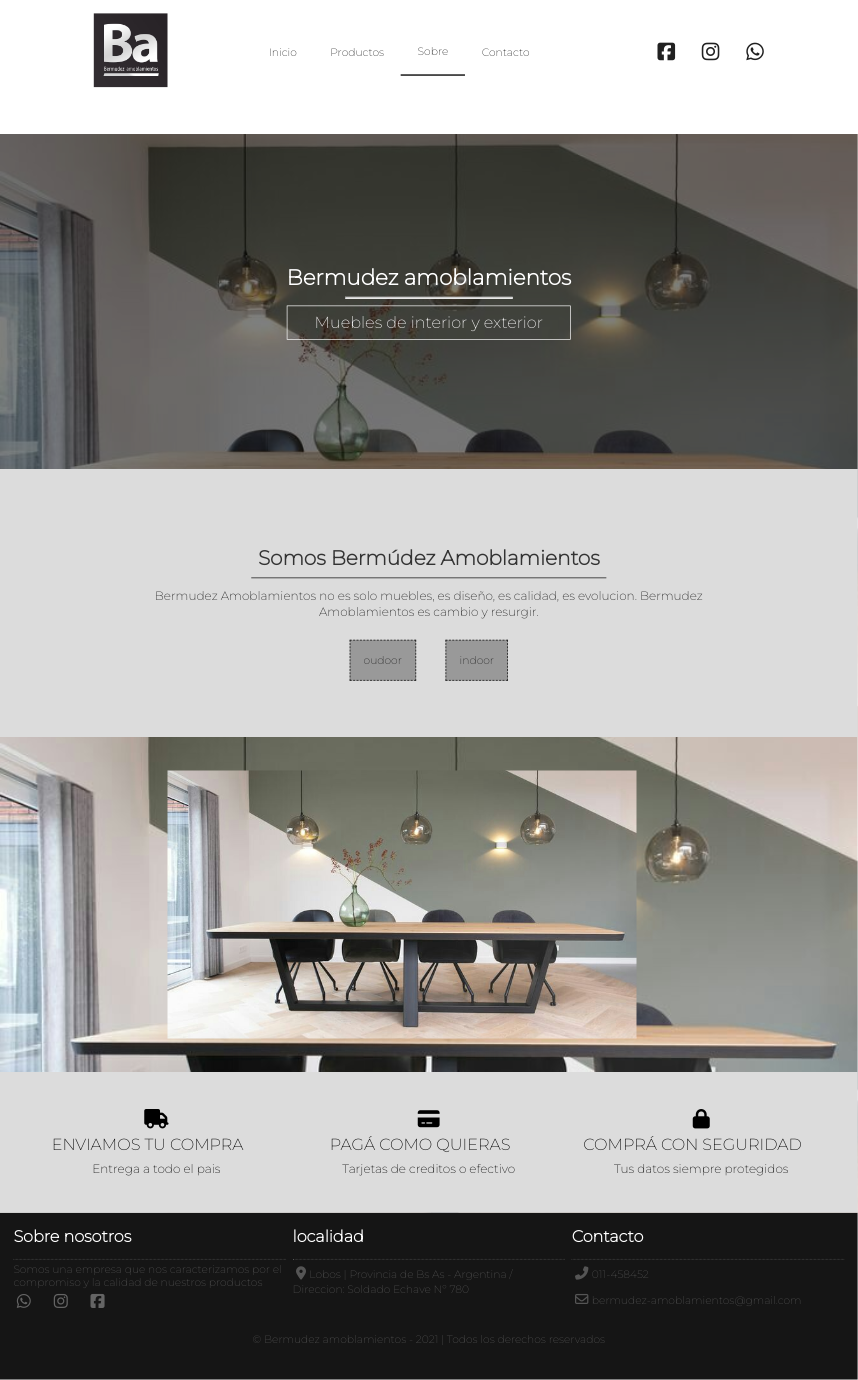
Repository: DamianBermudez94/Bermudez-amoblamientos
Page: index.html
An editor plug-in stored every save of this project. The page is shown before and after the next save, followed by the edit.
The browser window is 1280 px wide. The pictures show the whole page, at 67% of full size.
Backgrounds fixed to the window are drawn as part of the page. Some web libraries are served in a nearby version.

Above is the page before, as saved 2022-09-22 18:55:20.

### index.html
<!DOCTYPE html>
<html lang="es">
<head>
    <meta charset="UTF-8">
    <meta http-equiv="X-UA-Compatible" content="IE=edge">
    <meta name="viewport" content="width=device-width, initial-scale=1.0">

    <title>Bermudez-Amoblamientos</title>
    <link rel="shortcut icon" href="Imagenes/favicon (1).jpg" type="image/x-icon">
    <!--Estilos-->
    <link rel="preconnect" href="https://fonts.googleapis.com">
    <link rel="preconnect" href="https://fonts.gstatic.com" crossorigin>
    <link href="https://fonts.googleapis.com/css2?family=Montserrat:wght@200&display=swap" rel="stylesheet">
    <script src="https://kit.fontawesome.com/bdbed0aafa.js" crossorigin="anonymous"></script>
    <link rel="preconnect" href="https://fonts.gstatic.com">
    <link href="https://fonts.googleapis.com/css2?family=Roboto:ital,wght@0,300;0,400;1,100;1,300;1,700&display=swap" rel="stylesheet">
    <!--Componente del header-->
    <script defer src="./header/header.js"></script>
    <link rel="stylesheet" href="./header/header.css">

    <!--Componente del footer-->
    <script defer src="./footer/footer.js"></script>
    <link rel="stylesheet" href="./footer/footer.css">

    <script defer src="slider.js"></script>
    <!--Estilos del index-->
    <link rel="stylesheet" href="index.css">
    <script defer src="index.js"></script>

</head>
<body>
    <!--Ir arriba-->
    <div class="go-top">
        <span><i class="fas fa-chevron-up"></i> <a href="https://www.whatsapp.com"><i class="fab fa-whatsapp"></i></a></span>
    </div>
    <header class="header">

    </header>
    <main class="main" >
        <section class="welcome">
            <div class="welcome__container">
                <h1 class="welcome__title">Bermudez amoblamientos</h1>
                <hr class="linea-title">
                <p class="welcome__sub-title">Muebles de interior y exterior</p>

            </div>
        </section>


        <section class="sobre-nosotros">
            <div class="container-tip">
                <h2 class="title-somos-nosotros">Somos Bermúdez Amoblamientos</h2>

                <p class="title-parrafo">Bermudez Amoblamientos no es solo muebles, es diseño, es calidad, es evolucion. Bermudez Amoblamientos es cambio y resurgir.</p>
                <div class="enlaces">
                    <a class="btn-enlaces" href="oudoor.html">oudoor</a>
                    <a class="btn-enlaces" href="indoor.html">indoor</a>
                </div>
            </div>
        </section>
        <!--Seccion Productos-->

            <section class="section-slider">
                <div class="flexslider">
                    <div class="slider" id="slider">
                        <div class="slider-section">
                            <img class="slider-img" src="./indoor/img-indoor/imagenes-indoor/IMG-20210325-WA0018.jpg" alt="">
                            <!--<section class="flex-slider">
                              <h2 class="slider-title">Productos al 50%</h2>
                              <p class="slider-txt">Ofertas</p>
                              <a href="" class="slider__link">Comprar</a>
                            </section>-->
                        </div>
                        <div class="slider-section">
                            <img class="slider-img" src="./indoor/img-indoor/imagenes-indoor/IMG-20210325-WA0019.jpg" alt="">
                            <!--<section class="flex-slider">
                              <h2 class="slider-title">Productos al 50%</h2>
                              <p class="slider-txt">Ofertas</p>
                              <a href="" class="slider__link">Comprar</a>
                            </section>-->

                        </div>
                        <div class="slider-section" >
                            <img class="slider-img" src="./indoor/img-indoor/imagenes-indoor/IMG-20210325-WA0028.jpg" alt="">
                            <!--<section class="flex-slider">
                              <h2 class="slider-title">Productos al 50%</h2>
                              <p class="slider-txt">Ofertas</p>
                              <a href="" class="slider__link">Comprar</a>
                            </section>-->

                        </div>
                    </div>
                    <!--<span class="btn-slider slider_btn-right" id="btn-right"><i class="fas fa-chevron-right"></i></i></span>
                    <span class="btn-slider slider_btn-left" id="btn-left"><i class="fas fa-chevron-left"></i></span>-->
                </div>
            </section>
                <!--<div class="container-editor">
                    <div class="editor__item">
                        <img src="Imagenes/IMG-20210325-WA0014.jpg" alt="" class="editor-img">
                        <p class="editor-circle">Muebles de interior</p>
                    </div>
                    <div class="editor__item">
                        <img  src="Imagenes/IMG-20210325-WA0026.jpg" alt="" class="editor-img">
                        <p class="editor-circle">Muebles de exterior</p>
                    </div>
                </div>-->
            <!--Seccion tips de compras -->
            <section class="container-tips">
                <div class="tip">
                    <i class="tip-icon fas fa-truck"></i>
                    <h2 class="tip-title">ENVIAMOS TU COMPRA</h2>
                    <p class="parrafo-tips">Entrega a todo el pais</p>

                   <!-- <a href="" class="btn-tip">Comprar</a>
                  <a href="" class="btn-tip">comprar</a>
                  <a href=""class="btn-tip">Comprar</a>-->
                </div>
                <div class="tip">
                    <i class="fas fa-credit-card"></i>
                    <h2 class="tip-title">PAGÁ COMO QUIERAS</h2>
                    <p class="parrafo-tips">Tarjetas de creditos o efectivo</p>

                </div>
                <div class="tip">
                    <i class="fas fa-lock"></i>
                    <h2 class="tip-title">COMPRÁ CON SEGURIDAD</h2>
                  <p class="parrafo-tips">Tus datos siempre protegidos</p>
                </div>

            </section>

    </main>
    <!--Footer-->

    <footer class="footer">

    </footer>
</body>
</html>

### header/header.css
/** Estilos del header **/

.header {
 background-color: #fff;

}

.main-header .container {
  position: fixed;
  top: 0;
  left: 0;
  width: 100%;
  height: 30%;
  display: flex;
  align-items: center;
  justify-content: space-between;
  background: #fff;
  z-index: 9999999999;
  padding: 50px;
}

.main-header__container {
  width: 100%;
  display: flex;
  justify-content:space-between;
  padding: 50px;
}
.redes-sociales {
  color: #212121;
  font-size: 50px;
  margin: 5px;
}

.redes-sociales:hover {
  color: #154f66;
}

.main-header__container-redes {
  display: none;

}

.title-img {
  object-fit: cover;
  width: 100%;
  height: 100px;

}
.img_title {
  position: relative;
  top: 0;
  left: 10px;
}

/** Estilos del Menu **/
.main-nav {
  opacity: 0;
  visibility: hidden;
  transition: all 0.5s;
  z-index: 9999999;
}
.mostrar {
  opacity: 1;
  visibility: visible;
}

.menu {
  position: absolute;
  top: 120px;
  left: 0;
  background: #212121;
  width: 100%;
  list-style: none;
  margin: 0;
  padding: 0;
}
.menu__items {
  margin: auto;
}

.menu-link {
  padding: 25px;
  border-bottom: 1px solid #646464;
  color: #fff;
  text-decoration: none;
  display: block;
}
.menu-link:hover {
  background: #000;
  color: #fff;
}

.sub-menu {
  display: none;
}

.sub-link {
  padding-left: 45px;
  border-bottom: 1px solid #646464;
  text-decoration: none;
  color: #fff;
  display: block;
  font-weight: 300;
  font-size: 16px;
}
.sub-link:hover {
  background: #000;
  color: #fff;
  width: 100%;
}
.sub-items .sub-link {
  list-style: none;
  margin: 0 10px;
  padding: 25px 0;
  padding-left: 48px;
}

.main-header__btn {
  border: 1px solid #000;
  display: block;
  padding: 10px 30px;
  color: #000;
  margin: 10px 0;
  text-decoration: none;
}
.btn-menu{
  position: relative;
  top: 35px;
  left: 95px;
  cursor: pointer;
  transition: all 0.5s ease-in-out ;
}
.menu-btn_burger{
  width: 30px;
  height: 3px;
  position: relative;
  top: 20px;
  left: 20px;
  border-radius: 5px;
  background-color: #000;
  transition: all 0.5s ease-in-out;
}
.menu-btn_burger::before,
.menu-btn_burger::after{
 content: "";
 position: absolute;
 top:0;
 left: 0;
 width: 30px;
 height: 3px;
 background-color: #000;
 border-radius: 5px;
 transition: all 0.5s ease-in-out;
}
.menu-btn_burger::before{
  transform: translateY(-16px);
}
.menu-btn_burger::after{
  transform: translateY(16px);
}
.btn-menu.open .menu-btn_burger {
  transform: translateX(-50px);
  background-color: transparent;
}
.btn-menu.open .menu-btn_burger::before {
  transform: rotate(45deg) translate(35px, -35px);
}
.btn-menu.open .menu-btn_burger::after {
  transform: rotate(-45deg) translate(35px, 35px);
}
@media (min-width: 760px) {
  .header {
    height: 200px;
    justify-content: space-between;

  }

  .main-header__container{
    padding: 50px;

  }
  .main-header__container-redes{
    display: flex;
    justify-content: space-between;
    align-items: center;

  }
  .redes-sociales {
    color: #212121;
    font-size: 25px;
    margin: 10px;
    position: relative;
    top: 0;
    left: 0;
    display: block;
  }
  .menu {
    top: 180px;
  }
  .title-somos-nosotros {
    font-size: 28px;
    text-align: center;
    padding: 10px;
  }
}


@media (min-width: 960px) {

  .main-header__container {
    display: flex;
    align-items: center;
    justify-content: space-evenly;
    padding: 0 120px 0;


  }

  .main-nav {
    visibility: visible;
    opacity: 1;
    width: 100%;
    right: 25px;
    margin: 0;
    padding: 15px;
  }
  .main-header-link {
    color: #333;
    border-bottom: none;
  }
  .main-header__container .main-nav .menu li a.active {
    border-bottom: 2px solid #000;
  }

  .menu {
    position: static;
    width: 100%;
    display: flex;
    align-items: center;
    justify-content: center;
    background: none;
  }

  .menu__items {
    padding: 0;
    margin: 0;
    display: flex;
  }
  .menu-link {
    color: #212121;
    border-bottom: none;
  }
  .menu-link:hover {
    color: #f7f7f7;
  }

  .main-nav .menu .sub-menu {
    display: none;
    transition: all 0.5s;
  }
  .main-nav .menu .menu__items {
    display: flex;
    justify-content: space-between;
    align-items: center;
  }

  .menu .menu__items:hover .sub-menu {
    display: block;
    position: absolute;
    top: 120px;
    left: 485px;
    width: 300px;
  }

  .sub-link {
    position: relative;
    top: 15px;
    left: 15px;
    width: 300px;
    text-decoration: none;
    color: #151515;
    background: #f7f7f7;
    font-size: 16px;
    transition: all 0.5s;
  }
  .sub-link:hover {
    max-width: 300px;
    color: #fff;
    background: #151515;
  }
  .sub-items {
    list-style: none;
  }

  .title-img {
    object-fit: cover;
    font-size: 24px;
    width: 150px;
    height: 150px;
    padding: 20px;
    margin: 0;
  }
  .img_title {
    position: initial;
  }

  .main-header__container-redes {
    padding: 20px;
  }
  .redes-sociales {
    position: relative;
    top: 0;
    left: 20px;
    margin: 15px;
    padding: 5px;
    font-size: 30px;
    display: block;
  }
  .btn-menu {
    display: none;
  }
}

### footer/footer.css
/** Estilos Del footer **/

.footer {

  padding: 20px;
  background: #151515;
  color: #fff;
}
.redes-footer {
  padding: 15px;
  position: relative;
  top: 0;
  left: -10px;
  font-size: 1.5em;
  color: #646464;
  margin: 0;
  transition: all 0.5s;
}
.redes-footer:hover {
  color: #fff;
}
.footer-txt {
  color: #555;
  padding: 5px 0;
}
.footer-link {
  color: #555;
  text-decoration: none;
  display: block;
  padding: 10px 0;
}

.title-footer {
  border-bottom: 1px dotted #555;
  padding-bottom: 20px;
}
.redes {
  font-size: 20px;
  margin: 5px;
}
.container-copy{
  text-align: center;
  padding: 10px;
}
.copy {
  color: #555;
  margin: 10px 0;
  padding: 10px;
}
@media screen and (min-width:720px) {
  .container-footer {

    display: grid;
    grid-template-columns: repeat(3, 1fr);
    gap: 10px;

  }

}

### index.css
* {
  padding: 0;
  margin: 0;
  box-sizing: border-box;
  font-family: 'Montserrat', sans-serif;
}

/** Go top **/
.go-top {
  position: fixed;
  bottom: 0px;
  right: -100%;
  width: 50px;
  height: 50px;

  background: #fff;
  z-index: 9999;
  display: flex;
  justify-content: center;
  align-items: center;
  cursor: pointer;
  transition: 500ms;
}
.go-top:hover {
  border: 2px solid #fff;
  border-radius: 50%;
  background: rgb(71, 71, 71);
}
.go-top:hover span {
  color: #fff;
}
.go-top > span {
  font-size: 25px;
  color: #000;
}
main{
  background: url("./indoor/img-indoor/imagenes-indoor/IMG-20210325-WA0018.jpg");
  background-attachment: fixed;
  background-position:center;
  background-size:cover;
}

/** Diseño del Welcome**/

.welcome {
  width: 100%;
  height: 500px;
  background-color: rgba(0, 0, 0, 0.5);
  display: flex;
  align-items: center;
  justify-content: center;
  flex-direction: column;
}

.welcome__title {
  font-size: 32px;
  color: #fff;
  font-weight: 700;
  text-align: center;
  margin: 10px;
}

.welcome hr {
  width: 250px;
  margin: auto;
  height: 3px;
  background: #fff;
}
.welcome__sub-title {
  font-size: 24px;
  margin: 10px;
  color: #fff;
  border: 1px solid #fff;
  padding: 10px;

  text-align: center;
}

/** Fin del style**/

/********* Seccion sobre nosotros ****/
.sobre-nosotros{
  width: 100%;
  height: 400px;
}
.container-tip {
  display: flex;
  justify-content: center;
  align-items: center;
  flex-direction: column;
  height: 100%;
  margin: 0;
  padding:10px;
  background-color: #dcdcdc;
}
.title-somos-nosotros {

  font-size: 24px;
  font-weight: bold;
  text-align: center;
  color: #333;
  border-bottom: 1px solid #000;
}

.title-parrafo {
 width: 70%;
  text-align: center;
  font-weight: 400;
  font-size: 18px;
  margin-top: 15px;
  line-height: 24px;
  color: #151515;
}
.enlaces {
  margin-top: 50px;
}
.btn-enlaces {
  width: 100%;
  padding: 20px;
  margin:20px;
  text-decoration: none;
  border: 1px dashed #000;
  transition: all 0.5s;
  cursor: pointer;
  color: #212121;
  background: #999999;
}
.btn-enlaces:hover {
  background: #212121;
  color: #fff;
}


/*****Diseño del slider****/

.flexslider {
  width: 100%;
  height: 500px;
  position: relative;
  overflow: hidden;

}
.slider {
  display: flex;
  width: 300%;
  height: 300px;
  margin-left: -100%;
  position: relative;
}


.slider-section {
  position: relative;
  top: 50px;
  width: 100%;
  display: flex;
  justify-content: center;
  align-items: center;

}

.slider-img {
  position: absolute;
  top: 0;
  width: 300px;
  height: 400px;
  object-fit: cover;

}



/** Seccion tips informaticos **/

.container-tips {
  height: 500px;
  padding: 30px;
  text-align: center;
  background-color: #dcdcdc;
}
.tip-title {
  font-size: 16px;
  font-weight: 300;
}

.tip i {
  font-size: 24px;
  padding: 20px 0;
}
.parrafo-tips {
  font-size: 14px;
  text-align: center;
  font-weight: 300;
  margin-top: 8px;
}

/** Estilo responsive para tablet **/

@media screen and (min-width: 768px) {

  .slider-img {
    width: 600px;
    height: 400px;
    object-fit: cover;

  }
  .container-tips {
    display: grid;
    grid-template-columns: repeat(3, 1fr);
  }
  .tip-icon {
    font-size: 29px;
  }
  .tip-title {
    font-size: 24px;
    font-weight: 700;
  }
  .parrafo-tips {
    font-size: 18px;
  }
  .title-somos-nosotros{
    font-size: 30px;
  }
}

@media (min-width: 1024px) {
  /**header **/
  .header-img {
    display: flex;
    justify-content: center;
    align-items: center;
    margin: 0 auto;
  }
  .header-img .welcome h1 {
    font-size: 50px;
    color: #fff;
    font-weight: 700;

    margin-bottom: 35px;
  }
  .header-img .welcome .linea-title {
    width: 400px;
    height: 5px;
    background: #fff;
    border: none;
    margin-top: -15px;
    text-align: center;
  }
  .header-img .welcome p {
    width: 500px;
    font-size: 30px;
    font-weight: 200;
    color: #fff;
    border: 3px solid #fff;
    padding: 10px;
    margin-top: 30px;
  }

  /** Fin del header **/


  /**** Seccion slider ****/

  .slider-img {
    width: 600px;
    height: 400px;


  }



  /***** Seccion Tips **/
  .container-tips {
    width: 100%;
    height: 100%;
    position: relative;
  }

  .tip-title {
    padding-right: 26px;
    font-weight: 400;
  }
  .tip {
    padding: auto;
    margin: 15px auto;
  }
  .tip i {
    font-size: 29px;
    text-align: center;
    padding: 10px 10px;
  }
  .parrafo-tips {
    font-size: 18px;
    margin: 10px auto;
  }
}
@media screen and (min-width: 1280px) {
  .main-header {
    position: relative;
    width: 100%;
  }
  .main-header .container {
    position: absolute;
    top: 0;
    left: 0;
    width: 100%;
    height: 30%;
    background: #fff;
    display: flex;
    justify-content: space-between;
    align-items: center;
    z-index: 9999999999;
  }
  .container {
    width: 1000px;
    margin: auto;
  }
  .main-header__container:nth-child(3) {
    padding-left: 50px;
  }


  .slider-img {
    width: 700px;
    height: 400px;

  }
}
@media screen and (min-width: 1600px) {
  .main-header {
    position: relative;
    width: 100%;
  }
  .main-header .container {
    position: fixed;
    top: 0;
    left: 0;
    width: 100%;
    height: 30%;
    background: #fff;
    display: flex;
    justify-content: space-between;
    align-items: center;
    z-index: 9999;
  }
  .container {
    width: 1400px;
    margin: auto;
  }
  .main-header__container:nth-child(3) {
    padding-left: 100px;
  }
}

### slider.js
// Animacion slider

const slider = document.querySelector("#slider");
let sliderSection = document.querySelectorAll(".slider-section");
let sliderSectionLast = sliderSection[sliderSection.length - 1];

slider.insertAdjacentElement("afterbegin", sliderSectionLast);

function nextRight() {
  let sliderSectionFirts = document.querySelectorAll(".slider-section")[0];

  slider.style.marginLeft = "-200%";
  slider.style.transition = "0.8s ease-in-out";

  setTimeout(function () {
    slider.style.transition = "none";
    slider.insertAdjacentElement("beforeend", sliderSectionFirts);
    slider.style.marginLeft = "-100%";
  }, 1200);
}
function Prev() {
  let sliderSection = document.querySelectorAll(".slider-section");
  let sliderSectionLast = sliderSection[sliderSection.length - 1];
  slider.style.marginLeft = "0";

  setTimeout(function () {
    slider.style.transition = "none";
    slider.insertAdjacentElement("afterbegin", sliderSectionLast);
    slider.style.marginLeft = "-100%";
  }, 1200);
}

/*btnLeft.addEventListener("click", function () {
  Prev();
});
const btnRight = document.querySelector("#btn-right");
const btnLeft = document.querySelector("#btn-left");

btnRight.addEventListener("click", function () {
  nextRight();
});*/

setInterval(function () {
  nextRight();
}, 5000);

### index.js
function main() {
  headertComponet(document.querySelector(".header"));
  footerComponet(document.querySelector(".footer"));

  menu();
}
main();

Loaded but not shown: header/header.js (87 lines, source omitted); footer/footer.js (33 lines, source omitted)

After the next save:
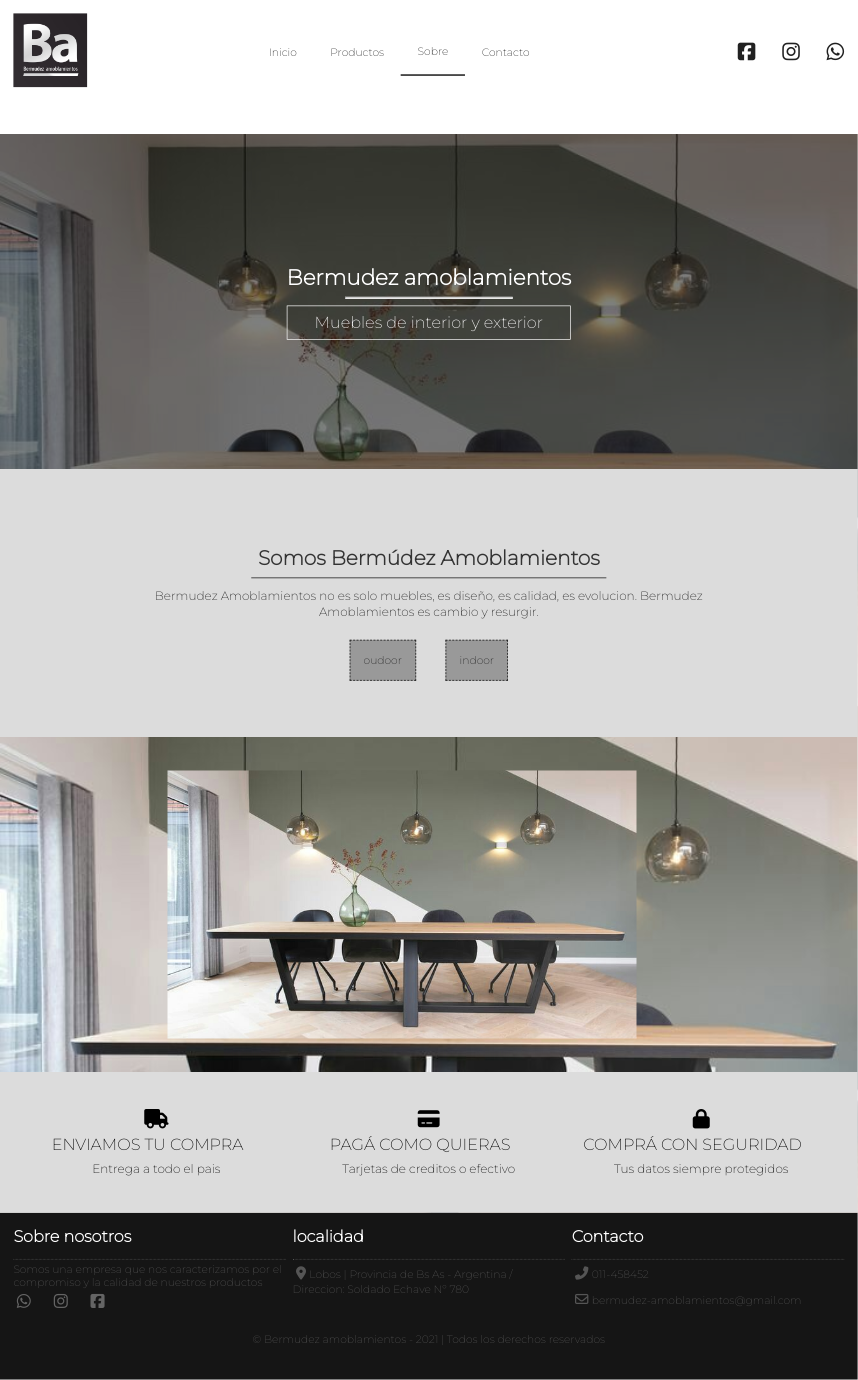
Saved 37 s later.
--- a/header/header.css
+++ b/header/header.css
@@ -211,7 +211,7 @@
     display: flex;
     align-items: center;
     justify-content: space-evenly;
-    padding: 0 120px 0;
+    padding:  0;
 
 
   }

After the save that followed:
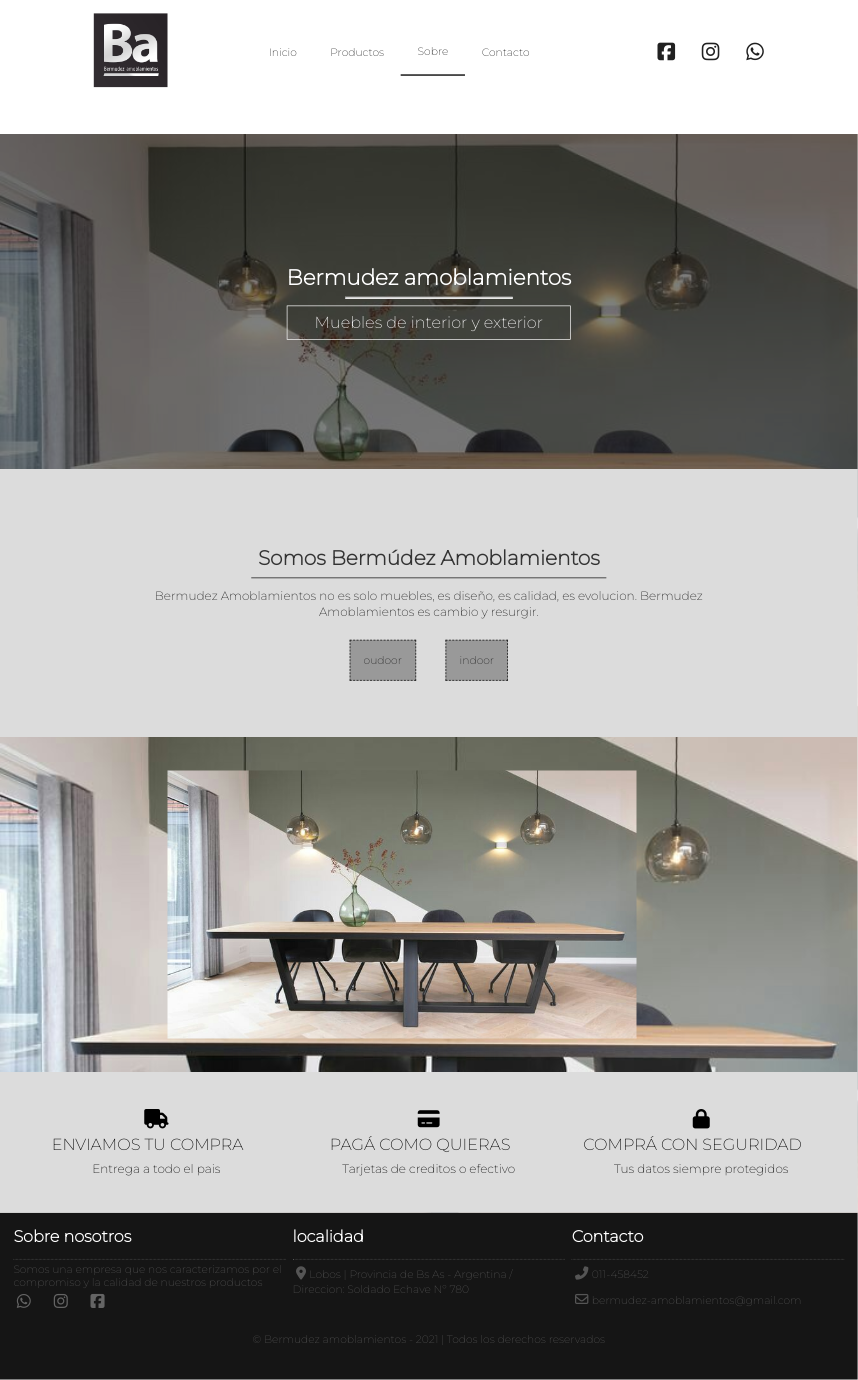
Saved 8 s later.
--- a/header/header.css
+++ b/header/header.css
@@ -211,7 +211,7 @@
     display: flex;
     align-items: center;
     justify-content: space-evenly;
-    padding:  0;
+    padding: 0 120px 0;
 
 
   }
